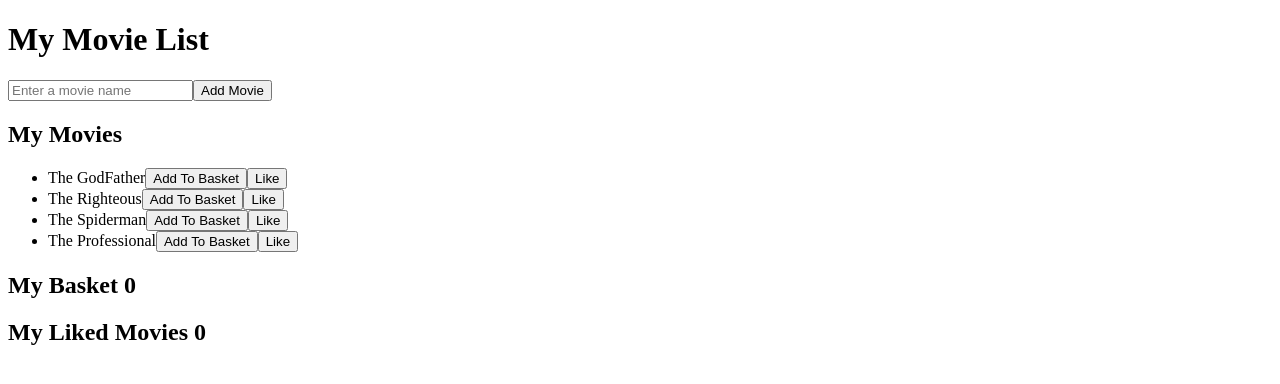
Repository: sinchana-p-iVoyant/redux-movie-store
Page: /
An editor plug-in stored every save of this project. The page is shown before and after a run of saves, followed by the edit.
The browser window is 1280 px wide. The pictures show the whole page.
The project was rebuilt for these pictures with package versions that can differ from the ones it lists, and the page was loaded fresh each time. Also part of the build but not shown: vite.config.ts.

Above is the page before, as saved 2024-02-15 12:06:42.

After the next 2 saves:
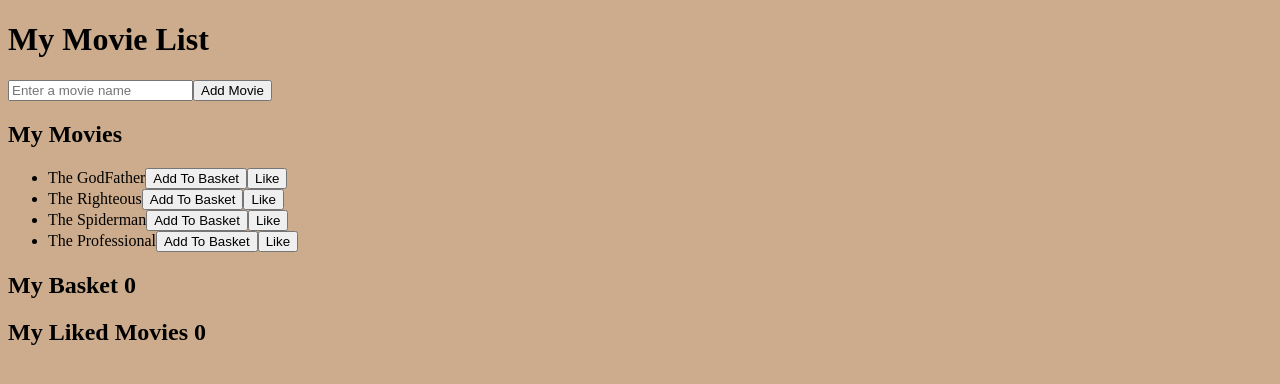
The 2 saves are shown as one change because they came seconds apart.
The last was saved 8 s later.
--- a/src/App.css
+++ b/src/App.css
@@ -1,5 +1,5 @@
 body {
-  background-color: #a98057,;
+  background-color: #ccac8c;
 }
 
 
